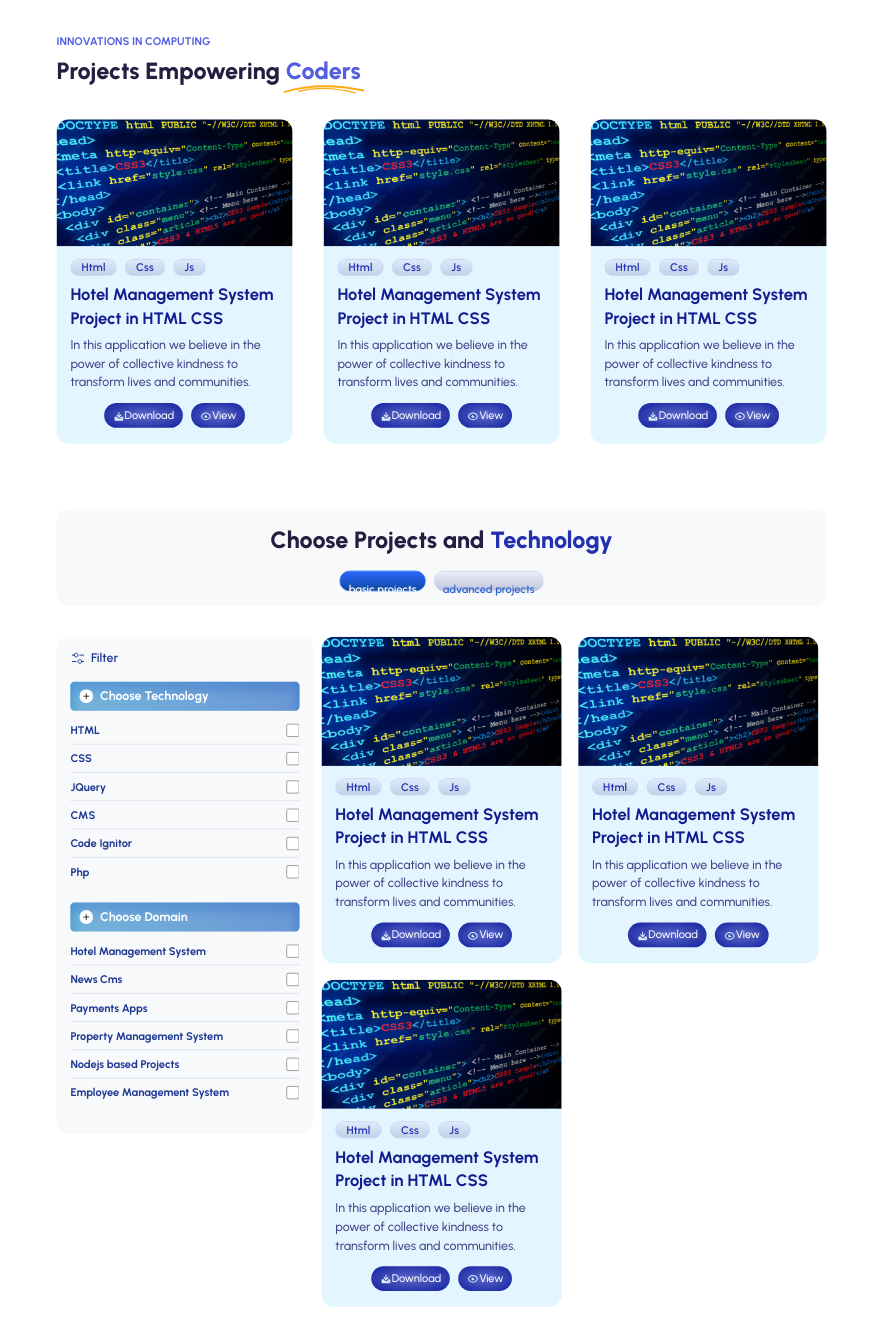
Repository: sharma171/jtccreativeideas
Page: /newsection (app in nextjssite/)
An editor plug-in stored every save of this project. The page is shown before and after the next save, followed by the edit.
The browser window is 1280 px wide. The pictures show the whole page, at 69% of full size.
The project was rebuilt for these pictures with package versions that can differ from the ones it lists, and the page was loaded fresh each time. The framework's server and built-in components were replaced by stand-ins that run in the browser. Also part of the build but not shown: nextjssite/next.config.mjs.

Above is the page before, as saved 2024-03-30 18:45:39.

After the next save:
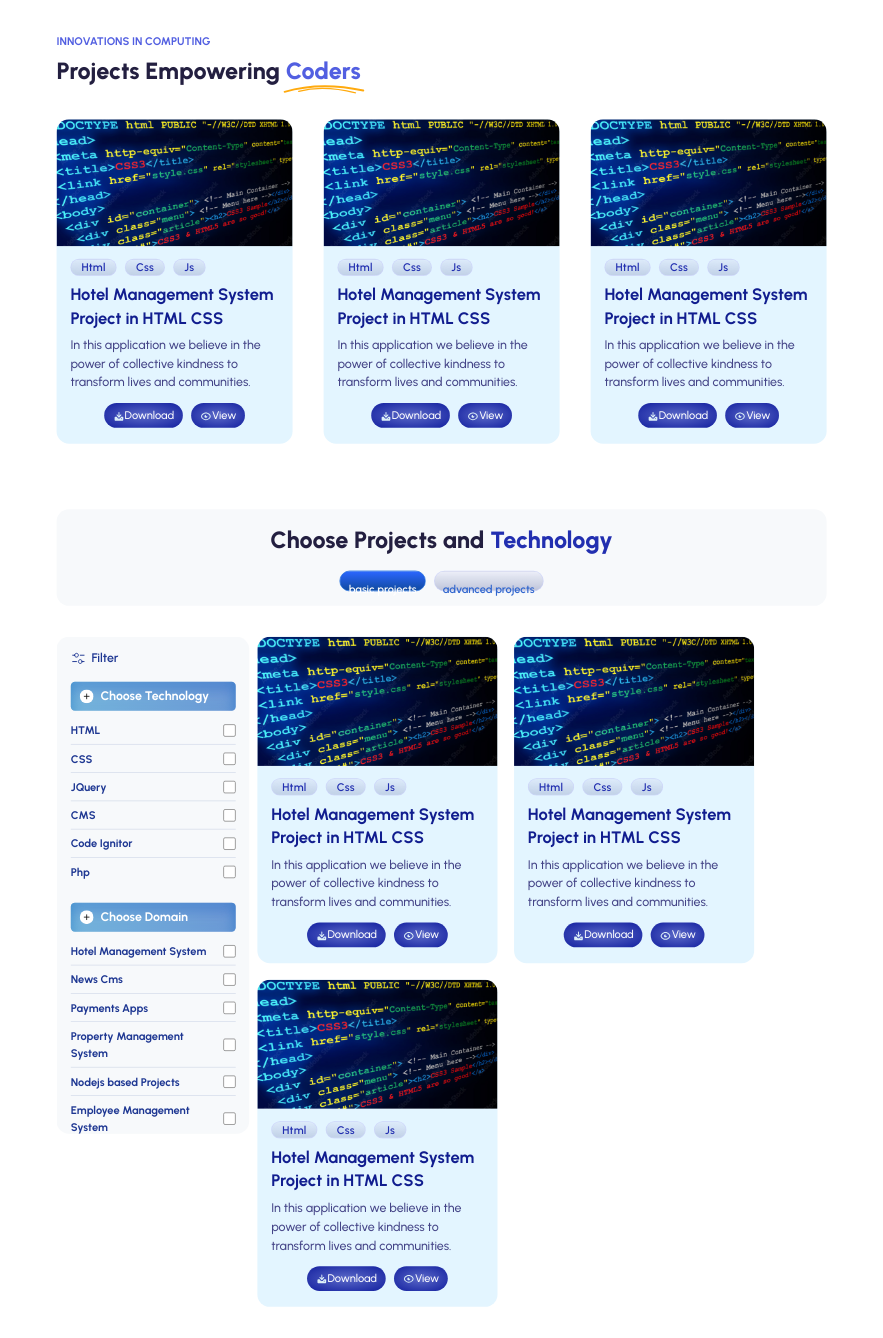
Saved 41 s later.
--- a/nextjssite/src/app/newsection/page.jsx
+++ b/nextjssite/src/app/newsection/page.jsx
@@ -125,7 +125,7 @@ const Page = () => {
                     </div>
                 </div>
                 <div class="row ecompad">
-                    <div class="col-md-4 ecom-filter">
+                    <div class="col-md-3 ecom-filter">
                         <div className="icon-tophead">
                             <svg width="24" height="24" viewBox="0 0 24 24" fill="none" xmlns="http://www.w3.org/2000/svg">
                                 <path d="M3 7H6M6 7C6 8.65685 7.34315 10 9 10C10.6569 10 12 8.65685 12 7C12 5.34315 10.6569 4 9 4C7.34315 4 6 5.34315 6 7ZM3 17H9M18 17H21M18 17C18 18.6569 16.6569 20 15 20C13.3431 20 12 18.6569 12 17C12 15.3431 13.3431 14 15 14C16.6569 14 18 15.3431 18 17ZM15 7H21" stroke="#1E3792" stroke-width="1.5" stroke-linecap="round"/>
